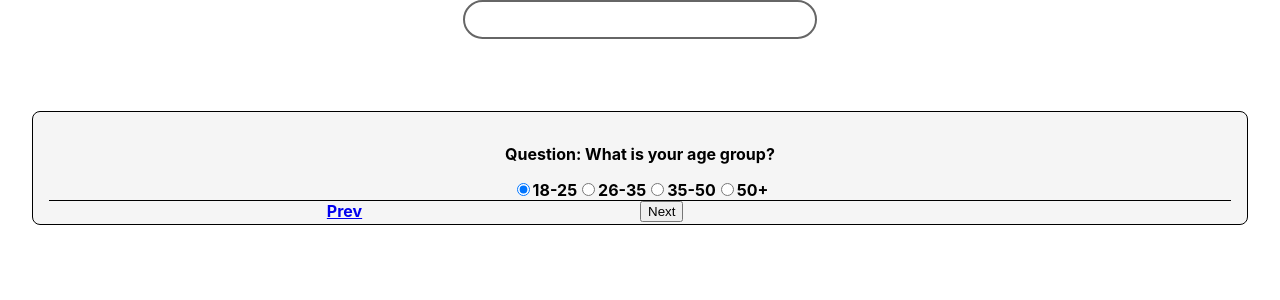
Repository: TheRungtaLibrary/survey
Page: /steps/4
These files come from the project's save history. The page is drawn as it stood at one moment and after the next save; the edit follows.
The browser window is 1280 px wide. The pictures show the whole page.
The project was rebuilt for these pictures with package versions that can differ from the ones it lists, and the page was loaded fresh each time. Also part of the build but not shown: src/App.css, src/components/Steps/Intro/Intro.js, src/components/Steps/Step1/Step1.js, src/components/Steps/Step2/Step2.js, src/components/Steps/Step3/Step3.js, src/components/Steps/Summary/Summary.scss, src/components/Steps/Summary/Summary.js.

Above is the page before, as saved 2020-03-19 18:15:58.

### src/App.js
import React from 'react';
import {
  BrowserRouter as Router,
  Switch,
  Route
} from "react-router-dom";
import "./App.css";
import {SurveyProvider} from "./contexts/SurveyContext";
import Steps from "./components/Steps/Steps";
import { ProgressBarContainer } from "./components/ProgressBarContainer/ProgressBarContainer";
//import NavigationFooter from "./components/NavigationFooter/NavigationFooter";


function App() {
  return (
    <div className="app">
      <Router>
        <Switch>
          <Route path="/">
            <SurveyProvider>
              <ProgressBarContainer />
              <Steps />
            </SurveyProvider>
          </Route>
        </Switch>
      </Router>
    </div>
  );

}

export default App;

### src/contexts/SurveyContext.js
import React from "react";
import { useHistory } from "react-router-dom";
import { useStateWithLocalStorage } from "../utils/useStateWithLocalStorage";
const SurveyContext = React.createContext(null);
export const SurveyConsumer = SurveyContext.Consumer;

export function SurveyProvider({children}) {
    const [info, setInfo] = useStateWithLocalStorage("formData");
    let [currentStep, setCurrentStep] = React.useState(0);
    const history = useHistory();

    React.useEffect(() => {
        debugger;
        history.push(`/steps/${currentStep}`);
    }, [currentStep])

    const setSurveyData = (dataObj)  => {
        setInfo([...info, ...dataObj]);
        setCurrentStep(++currentStep);
    }

    const getSurveyData = () => {
        return localStorage.getItem('formData');
    };

    const decreaseSurveyStep = ()  => {
        setCurrentStep(--currentStep);
    }

    const increaseSurveyStep = () => {
        setCurrentStep(++currentStep);
    };

    const getCurrentStep = () => {
        return currentStep;
    };

    const resetCurrentStep = () => {
        setCurrentStep(0);
        localStorage.removeItem("formData");
    };

    const surveyContextValue = {
        getSurveyData,
        setSurveyData,
        increaseSurveyStep,
        decreaseSurveyStep,
        getCurrentStep,
        currentStep,
        resetCurrentStep
    }

    return (
        <SurveyContext.Provider value={surveyContextValue}>
			{children}
		</SurveyContext.Provider>
    );
}

export default SurveyContext;

### src/components/Steps/Steps.js
import React from 'react';
import {BrowserRouter as Router, Route, Switch} from 'react-router-dom';
import Intro from './Intro/Intro';
import Step1 from './Step1/Step1';
import Step2 from './Step2/Step2';
import Step3 from './Step3/Step3';
import Step4 from './Step4/Step4';
import Summary from './Summary/Summary';

/**
* This is the functional component for Home
* @constructor
*/
function Steps(){

	return (
		<Router>
			<div>
                <Switch>
                    <Route exact path='/' component={Intro} />
                    <Route exact path='/intro' component={Intro} />
                    <Route exact path='/steps/1' component={Step1} />
                    <Route exact path="/steps/2" component={Step2} />
                    <Route exact path="/steps/3" component={Step3} />
                    <Route exact path="/steps/4" component={Step4} />
                    <Route exact path="/steps/5" component={Summary} />
                </Switch>
			</div>
		</Router>
	);
}

export default Steps;

### src/components/ProgressBarContainer/ProgressBarContainer.js
import React, {useState, useEffect} from 'react';
import './ProgressBarContainer.css';
import { SurveyConsumer } from "../../contexts/SurveyContext";

// pass percentRange state through props to Range an ProgressBar components
const Range = (props) => {
    return (
        // render current the filled range of progress bar along its width
        <div className="range" style={{width: `${props.percentRange}%`}}/>
    );
};

const ProgressBar = (props) => {

  const percentRange = props.percentRange * 20 < 80 ? props.percentRange * 20 : 80;

  return (
      <div className="progress-bar">
          {/*render available progress bar’s limit*/}
          <Range percentRange={percentRange}/>
      </div>
  );
};


function EffectedFn() {
    const [loading, setLoading] = useState(true);

    useEffect(() => {
      setTimeout(() => {
        setLoading(false);
      }, 1000 * 10);
    });

    return (
      <div>
        {loading && <span>Loading...</span>}
        {!loading && <span>All Done!</span>}
      </div>
    );
  }

export const ProgressBarContainer = () => {

  return (

    <SurveyConsumer>
    {({currentStep}) =>
      <div className="container">
        <ProgressBar percentRange={currentStep}/>
    </div>
    }
  </SurveyConsumer>


  );
};

### src/utils/useStateWithLocalStorage.js
import React from 'react';

export const useStateWithLocalStorage = localStorageKey => {
  const [value, setValue] = React.useState(
    () => JSON.parse(window.localStorage.getItem(localStorageKey)) || ""
  );

  React.useEffect(() => {
    window.localStorage.setItem(localStorageKey, JSON.stringify(value));
  }, [localStorageKey, value]);

  return [value, setValue];
};

### src/components/Steps/Step4/Step4.js
import React from 'react';
import {Link} from 'react-router-dom';
import './Step4.scss';
import SurveyContext from '../../../contexts/SurveyContext';

/**
 * Calculator component
 */
const Step4 = () => {
  const [ageGroup, setAgeGroup] = React.useState();
  const surveyContext = React.useContext(SurveyContext);


  /**
   * Handler for submit event for calculator form
   * @param {Event} event
   */
  const onSubmit = () => {
    /**
     * Pass Url to aync data loader in context provider
     */
    surveyContext.setSurveyData([{'ageGroup':ageGroup}]);
  }

  const handleOptionChange = (event) => {
    setAgeGroup(event.target.value);
  }

  const onPrev = () => {
    surveyContext.decreaseSurveyStep();
  }

    return (
      <form onSubmit={onSubmit} className="input-container panel">
        <p>Question: What is your age group?</p>
        <div>
          <input
            type="radio"
            id="ageGroup1"
            name="age"
            value="18-25"
            onChange={handleOptionChange}
            defaultChecked/>
          <label htmlFor="contactChoice1">18-25</label>

          <input
            type="radio"
            id="ageGroup2"
            name="age"
            value="26-35"
            onChange={handleOptionChange}
            />
          <label htmlFor="contactChoice2">26-35</label>

          <input
            type="radio"
            id="ageGroup3"
            name="age"
            value="35-50"
            onChange={handleOptionChange}
            />
          <label htmlFor="contactChoice3">35-50</label>

          <input
            type="radio"
            id="ageGroup4"
            name="age"
            value="51"
            onChange={handleOptionChange}
            />
          <label htmlFor="contactChoice3">50+</label>
        </div>
        <div className="nav-footer">
          <div>
          <Link to="/steps/3" onClick={onPrev}>Prev</Link>
          </div>
          {/* <Link to="/steps/5" onClick={onSubmit}>Next</Link> */}
          <button onClick={onSubmit}>Next</button>
        </div>
      </form>
    );
}

export default Step4;

### src/components/ProgressBarContainer/ProgressBarContainer.css


.container {
    display: flex;
    justify-content: center;
    align-items: center;
    flex-direction: column;
    width: 100%;
    height: auto;
}

.progress-bar {
    width: 350px;
    height: 35px;
    border-radius: 50px;
    border: 2px solid #666;
    margin-bottom: 40px;
}

.range {
    background: limegreen;
    height: 100%;
    border-radius: inherit;
    transition: width .3s ease-in;
}

.toggle-buttons button {
    margin: 0 10px;
    padding: 7px 20px;
    border-radius: 5px;
    outline: 0;
    cursor: pointer;
}

.toggle-buttons button:hover {
    color: white;
    background: #666;
}

### src/components/Steps/Intro/Intro.scss
.calculator-widget{
    display: flex;
    flex-direction: row nowrap;
}

.panel {
    background-color: hsl(0, 0%, 95%);
    border-radius: .5rem;
    height: 5rem;
    border: solid 1px black;
    padding: 2rem;
    margin: 2rem;
    background: #f5f5f5;
    font-weight: bold;
    align-items: center;
  }

.input-container{
    flex-grow:1;
    padding: 1rem;
    text-align: center;
}

.input-container input{
    padding: .5rem .75rem;
    border: solid 1px black;
    border-radius: .15rem;
    text-align: center;
}

@media screen and (max-width: 580px) and (min-width: 375px) {
    .calculator-widget {
     display: flex;
     flex-flow: column nowrap;
     justify-content: space-around;
     align-items: center;
  }

  .panel{
    height: 10rem;
  }
}

### src/components/Steps/Step1/Step1.scss
.panel {
    background-color: hsl(0, 0%, 95%);
    border-radius: .5rem;
    height: 5rem;
    border: solid 1px black;
    padding: 2rem;
    margin: 2rem;
    background: #f5f5f5;
    font-weight: bold;
    align-items: center;
  }

.input-container{
  display: flex;
  flex-direction: column;
  text-align: center;
}

.input-container input{
    padding: .5rem .75rem;
    border: solid 1px black;
    border-radius: .15rem;
    text-align: center;
}

.nav-footer {
  width: 100%;
  display: flex;
  border-top: solid 1px black;
  div {
    width: 50%;
  }
}

@media screen and (max-width: 580px) and (min-width: 375px) {
    .calculator-widget {
     display: flex;
     flex-flow: column nowrap;
     justify-content: space-around;
     align-items: center;
  }

  .panel{
    height: 10rem;
  }
}

### src/components/Steps/Step2/Step2.scss
.calculator-widget{
    display: flex;
    flex-direction: row nowrap;
}

.panel {
    background-color: hsl(0, 0%, 95%);
    border-radius: .5rem;
    height: 5rem;
    border: solid 1px black;
    padding: 2rem;
    margin: 2rem;
    background: #f5f5f5;
    font-weight: bold;
    align-items: center;
  }

.input-container{
    flex-grow:1;
    padding: 1rem;
    text-align: center;
}

.input-container input{
    padding: .5rem .75rem;
    border: solid 1px black;
    border-radius: .15rem;
    text-align: center;
}

@media screen and (max-width: 580px) and (min-width: 375px) {
    .calculator-widget {
     display: flex;
     flex-flow: column nowrap;
     justify-content: space-around;
     align-items: center;
  }

  .panel{
    height: 10rem;
  }
}

### src/components/Steps/Step3/Step3.scss
.calculator-widget{
    display: flex;
    flex-direction: row nowrap;
}

.panel {
    background-color: hsl(0, 0%, 95%);
    border-radius: .5rem;
    height: 5rem;
    border: solid 1px black;
    padding: 2rem;
    margin: 2rem;
    background: #f5f5f5;
    font-weight: bold;
    align-items: center;
  }

.input-container{
    flex-grow:1;
    padding: 1rem;
    text-align: center;
}

.input-container input{
    padding: .5rem .75rem;
    border: solid 1px black;
    border-radius: .15rem;
    text-align: center;
}

@media screen and (max-width: 580px) and (min-width: 375px) {
    .calculator-widget {
     display: flex;
     flex-flow: column nowrap;
     justify-content: space-around;
     align-items: center;
  }

  .panel{
    height: 10rem;
  }
}

### src/components/Steps/Step4/Step4.scss
.calculator-widget{
    display: flex;
    flex-direction: row nowrap;
}

.panel {
    background-color: hsl(0, 0%, 95%);
    border-radius: .5rem;
    height: 5rem;
    border: solid 1px black;
    padding: 2rem;
    margin: 2rem;
    background: #f5f5f5;
    font-weight: bold;
    align-items: center;
  }

.input-container{
    flex-grow:1;
    padding: 1rem;
    text-align: center;
}

.input-container input{
    padding: .5rem .75rem;
    border: solid 1px black;
    border-radius: .15rem;
    text-align: center;
}

@media screen and (max-width: 580px) and (min-width: 375px) {
    .calculator-widget {
     display: flex;
     flex-flow: column nowrap;
     justify-content: space-around;
     align-items: center;
  }

  .panel{
    height: 10rem;
  }
}

Loaded but not shown: public/index.html (common file); src/index.js (common file); src/index.css (common file); src/serviceWorker.js (common file)

After the next save:
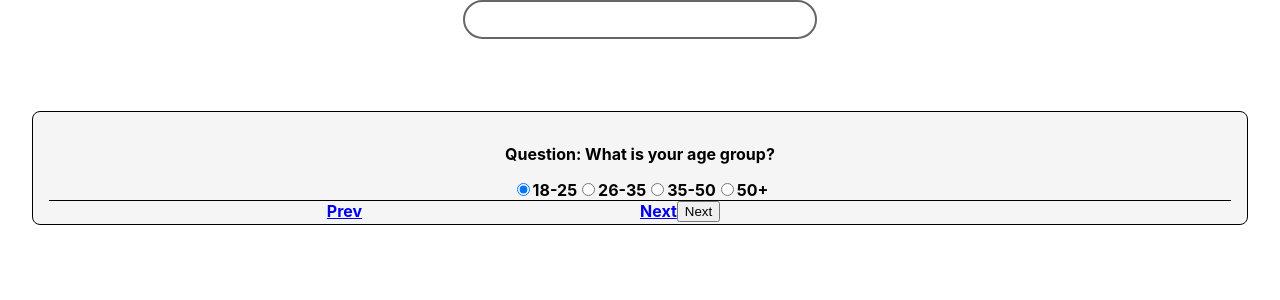
Saved 24 min 19 s later.
--- a/src/components/Steps/Step4/Step4.js
+++ b/src/components/Steps/Step4/Step4.js
@@ -74,7 +74,7 @@ const Step4 = () => {
           <div>
           <Link to="/steps/3" onClick={onPrev}>Prev</Link>
           </div>
-          {/* <Link to="/steps/5" onClick={onSubmit}>Next</Link> */}
+          <Link to="/steps/5" onClick={onSubmit}>Next</Link>
           <button onClick={onSubmit}>Next</button>
         </div>
       </form>
